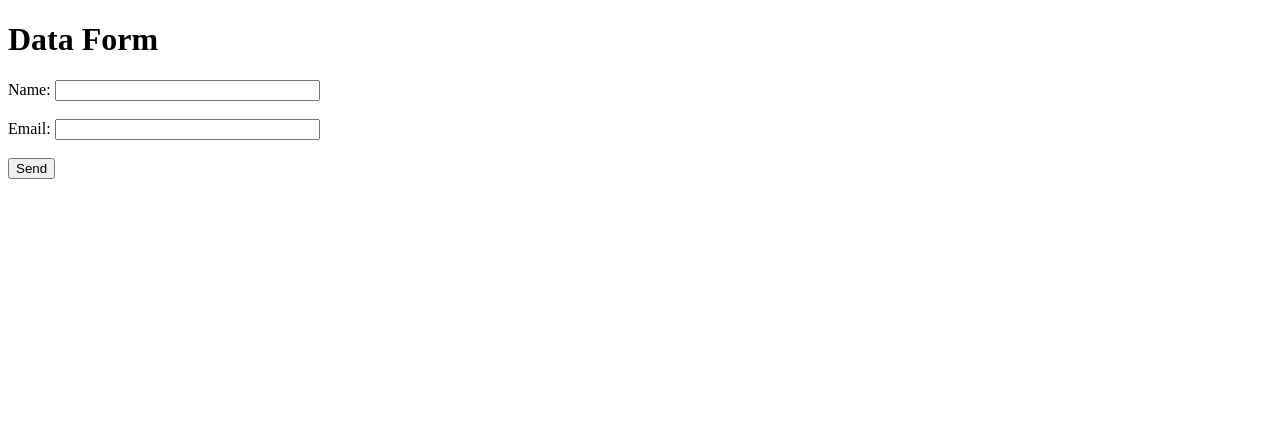
Repository: ttspeaker88/Java_web_China
Page: 5_Servlet/08_Simple_webapp/src/main/webapp/form.html
These files come from the project's save history. The page is drawn as it stood at one moment and after the next save; the edit follows.
The browser window is 1280 px wide. The pictures show the whole page.

Above is the page before, as saved 2024-10-28 20:11:40.
Not found: 5_Servlet/08_Simple_webapp/src/main/webapp/styles.css

### 5_Servlet/08_Simple_webapp/src/main/webapp/form.html
<!DOCTYPE html>
<html lang="hu">
<head>
    <meta charset="UTF-8">
    <meta name="viewport" content="width=device-width, initial-scale=1.0">
    <title>Data</title>
    <link rel="stylesheet" href="styles.css">
</head>
<body>
    <div class="container">
        <h1>Data Form</h1>
        <form action="FormServlet" method="POST">
            <label for="name">Name:</label>
            <input type="text" id="name" name="name" size="30" required><br><br>
            <label for="email">Email:</label>
            <input type="email" id="email" name="email" size="30" required><br><br>
            <input type="submit" value="Send">
        </form>
    </div>
</body>
</html>

### 5_Servlet/08_Simple_webapp/src/main/webapp/style.css
body {
    font-family: Arial, sans-serif;
    background-color: #f4f4f4;
    margin: 0;
    padding: 20px;
}

.container {
    max-width: 600px;
    margin: auto;
    padding: 20px;
    background-color: #ffffff;
    border-radius: 8px;
    box-shadow: 0 2px 10px rgba(0, 0, 0, 0.1);
}

h1 {
    text-align: center;
    color: #333;
}

label {
    display: block;
    margin: 10px 0 5px;
    font-weight: bold;
}

input[type="text"],
input[type="email"] {
    width: 100%;
    padding: 10px;
    margin-bottom: 20px;
    border: 1px solid #ccc;
    border-radius: 4px;
    box-sizing: border-box;
}

input[type="submit"] {
    width: 100%;
    padding: 10px;
    background-color: #007BFF;
    color: white;
    border: none;
    border-radius: 4px;
    cursor: pointer;
    font-size: 16px;
}

input[type="submit"]:hover {
    background-color: #0056b3;
}

After the next save:
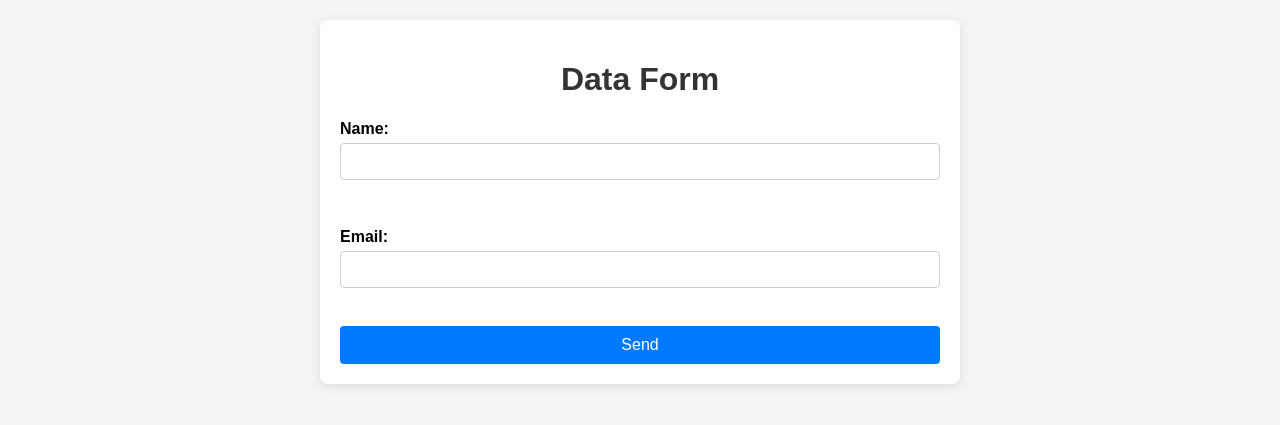
Saved 2 min 13 s later.
--- a/5_Servlet/08_Simple_webapp/src/main/webapp/form.html
+++ b/5_Servlet/08_Simple_webapp/src/main/webapp/form.html
@@ -4,7 +4,7 @@
     <meta charset="UTF-8">
     <meta name="viewport" content="width=device-width, initial-scale=1.0">
     <title>Data</title>
-    <link rel="stylesheet" href="styles.css">
+    <link rel="stylesheet" href="style.css">
 </head>
 <body>
     <div class="container">
